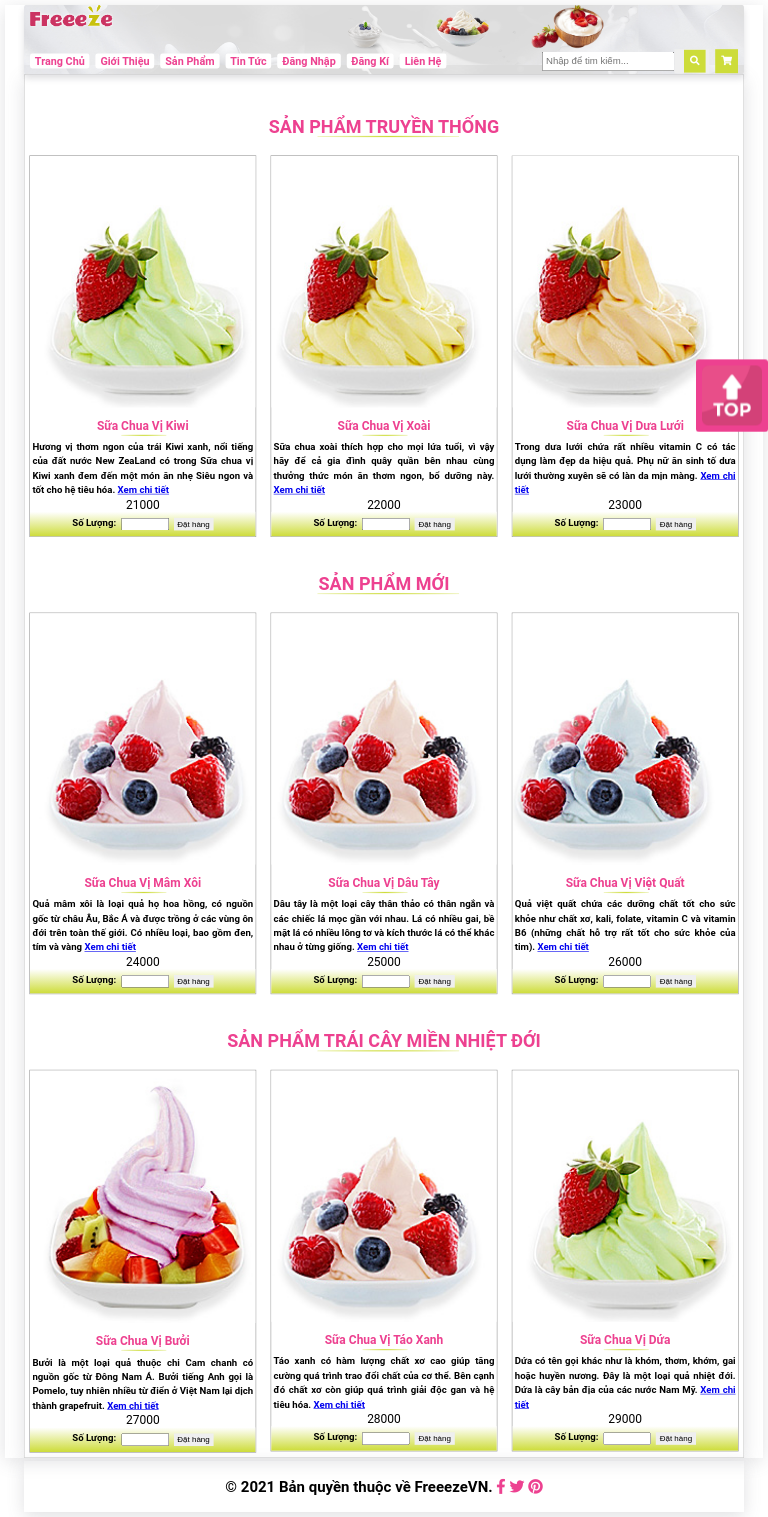
Repository: minh352623/lab1
Page: sanpham.html
These files come from the project's save history. The page is drawn as it stood at one moment and after a run of saves; the edit follows.
The browser window is 1280 px wide. The pictures show the whole page, at 60% of full size.

Above is the page before, as saved 2022-03-12 23:44:07.

### sanpham.html
<!DOCTYPE html>
<html lang="en">

<head>
    <meta charset="UTF-8">
    <meta http-equiv="X-UA-Compatible" content="IE=edge">
    <meta name="viewport" content="width=device-width, initial-scale=1.0">
    <link rel="shortcut icon" href="./images/favicon.ico" type="image/x-icon">
    <link rel="stylesheet" href="https://cdnjs.cloudflare.com/ajax/libs/font-awesome/5.15.4/css/all.min.css" integrity="sha512-1ycn6IcaQQ40/MKBW2W4Rhis/DbILU74C1vSrLJxCq57o941Ym01SwNsOMqvEBFlcgUa6xLiPY/NS5R+E6ztJQ==" crossorigin="anonymous" referrerpolicy="no-referrer" />


    <link rel="stylesheet" href="./assets/base.css">
    <link rel="stylesheet" href="./assets/grid.css">
    <link rel="stylesheet" href="./assets/main.css">
    <link rel="stylesheet" href="./assets/sanpham.css">
    <link rel="stylesheet" href="./assets/responsive.css">
    <link rel="shortcut icon" href="./assets/images/favicon.ico">
    <title>Sản Phẩm</title>
</head>

<body>
    <div class="app">
        <!-- header -->
        <div class="header">
            <div class="grid wide">
                <div class="header__backrgoud">

                    <a href="index.html" class="header__logo">
                        <img src="./assets/images/logo.png" alt="">
                    </a>
                    <div class="header__three-img">

                        <a href="#" class="header__img img1">
                            <img src="./assets/images/header-img1.png" alt="hinh1">
                        </a>
                        <a href="#" class="header__img img2">
                            <img src="./assets/images/header-img2.png" alt="hinh2">
                        </a>
                        <a href="#" class="header__img img3">
                            <img src="./assets/images/header-img3.png" alt="hinh3">
                        </a>
                    </div>

                    <div class="header-navbar">
                        <div class="header-navbar__left">
                            <ul  class="header__list">
                                <li class="header__item">
                                    <a href="./index.html" class="header__item-link">Trang Chủ</a>

                                </li>
                                <li class="header__item">
                                    <a href="./gioithieu.html" class="header__item-link">Giới Thiệu </a>

                                </li>
                                <li class="header__item">
                                    <a href="./sanpham.html" class="header__item-link">Sản Phẩm</a>

                                </li>
                                <li class="header__item">
                                    <a href="./tintuc.html" class="header__item-link">Tin Tức</a>

                                </li>
                                <li class="header__item">
                                    <a href="./dangnhap.html" class="header__item-link">Đăng Nhập</a>

                                </li>
                                <li class="header__item">
                                    <a href="./dangky.html" class="header__item-link">Đăng Kí</a>

                                </li>
                                <li class="header__item">
                                    <a href="./lienhe.html" class="header__item-link">Liên Hệ</a>

                                </li>


                            </ul>
                        </div>

                        <form action="timkiem.html" class="header-navbar__right form-search" >
                            <div class="header-input">
                                <input type="text" class="input-search" submit placeholder="Nhập để tim kiếm...">
                            </div>
                            <div class="header-icon">
                                <button type="submit">

                                    <a href="#" class="header-icon__search">
                                        <i class="fas fa-search"></i>

                                    </a>
                                </button>
                                <a class="header-icon__cart">
                                    <i class="fas fa-shopping-cart"></i>
                                </a>
                            </div>
                        </form>
                    </div>
                </div>
            </div>

        </div>


        <!-- main -->
        <div class="main">
            <div class="grid wide">
                <div class="container">


                    <div class="product">
                        <h1 class="product__title product__header-center">Sản Phẩm Truyền Thống</h1>
                        <div class="row">

                            <div class="col l-4">

                            </div>
                            <div class="col l-4">

                            </div>
                            <div class="col l-4 overflow">

                            </div>
                        </div>

                    </div>
                    <div class="product">
                        <h1 class="product__title product__header-center">SẢN PHẨM MỚI
                        </h1>
                        <div class="row">

                            <div class="col l-4">

                            </div>
                            <div class="col l-4">

                            </div>
                            <div class="col l-4">

                            </div>
                        </div>

                    </div>
                    <div class="product">
                        <h1 class="product__title product__header-center">SẢN PHẨM TRÁI CÂY MIỀN NHIỆT ĐỚI
                        </h1>
                        <div class="row">

                            <div class="col l-4">

                            </div>
                            <div class="col l-4">



                            </div>

                            <div class="col l-4">

                            </div>
                        </div>

                    </div>
                </div>


            </div>


        </div>

    </div>


    <!-- footer -->
    <div class="footer">
        <div class="grid wide">
            <div class="license">
                <span>© 2021 Bản quyền thuộc về FreeezeVN.</span>
                <a href="">

                    <i class="fab fa-facebook-f"></i>
                </a>
                <a href="">

                    <i class="fab fa-twitter"></i>
                </a>
                <a href="">

                    <i class="fab fa-pinterest"></i>
                </a>
            </div>
            <a href="#" class="scoll">

                <img src="./assets/images/top.png" alt="">
            </a>
        </div>

    </div>

    </div>
    <script src="./js/sanpham.js"></script>
    <script src="./js/app.js"></script>

</body>

</html>

### assets/base.css
:root {
    --white-color:#fff;
    --black-color:#000;
    --text-color:#333;
    --text-color-header:#ed4190;
    --header-height:40px;
    --header-height-main:50px;
}

*{
    box-sizing: inherit;
}
.app {
    overflow: hidden;
}
html {
    font-size: 62.5%;
    line-height: 1.6rem;
    font-family: 'Roboto', sans-serif;
    box-sizing: border-box;


}

.btn {
    min-width: 124px;
    height: 34px;
    text-decoration: none;
    border: none;
    font-size: 1.5rem;
    cursor: pointer;
    color: var(--text-color);

    display: flex;
    justify-content: center;
    align-items: center;
    padding: 0 12px;
    background-color: var(--white-color);
    line-height: 1.6rem;
    outline: none;
}
.btn--size-s {
    height: 32px;
    font-size: 1.2rem;
}
.btn.btn--nomal-hover:hover {
    background-color: rgba(0, 0, 0,0.2);
}

.btn.btn--primary {
    background-color: var(--primary-color);
    color: var(--white-color);
}

.btn.btn--disabled {
    cursor: default;
    background-color: #c3c3c3;
    color: #949494;
}

### assets/main.css

html{
    scroll-behavior: smooth;
}
.app{
    position: relative;
    box-shadow: rgba(100, 100, 111, 0.2) 0px 7px 29px 0px;
}
button{
    border: none;
}
.header.is-fixed {
    position: fixed;
    top: 0;
    left: 0;
    width: 100%;
    z-index: 100;
    animation: fade 0.25s forwards 1;
  }
.header__backrgoud {
    background-image: url('./images/header.png');
    border-radius: 5px;
    padding: 0 10px;
    /* height:10rem; */
    overflow: hidden;
    display: block;
    position: relative;
    box-shadow: rgba(100, 100, 111, 0.2) 0px 7px 10px 0px;
}

.header__logo {
    display: inline-block;
}

.header__three-img {
    position: absolute;
    top: 0;
    left: 20%;
    width: 80%;



}

.header__img {
    display: inline-block;



}

.img1 {
    position: absolute;
    animation: img1 ease 1s;
    left: 30%;
    top: 2%;

}

.img2 {
    position: absolute;
    animation: img2 ease 1s;
    left: 45%;
    top: 2%;

}

.img3 {
    position: absolute;
    animation: img3 ease 1s;
    left: 63%;
    top: 2%;

}

@keyframes img1 {
    0% {
        left: 100%;
    }

    100% {
        left: 20%
    }
}

@keyframes img2 {
    0% {
        left: 100%;
    }

    100% {
        left: 40%
    }
}

@keyframes img3 {
    0% {
        left: 100%;
    }

    100% {
        left: 60%
    }
}

.header__img img {
    height: 80px;
}


.header-navbar {

    display: flex;
    justify-content: space-between;
    margin-top: 30px;
}

.header-navbar__left {
    display: flex;
    align-items: center;

}

.header__list {
    padding: 0;
    list-style: none;
    display: flex;

}

.header__item+.header__item {
    margin-left: 10px;
}

.header__item {

    background-color: var(--white-color);
    border-radius: 4px;
}
.header__item:hover a{
    color: var(--white-color);
    background-color: var(--text-color-header);
    border-radius: 4px;

}

.header__item-link {
    width: 100%;
    padding: 0 8px;
    line-height: 1.4;
    font-size: 1.8rem;
    font-weight: 600;
    display: block;
    text-decoration: none;
    color: var(--text-color-header)
}

.header-navbar__right {
    display: flex;


    align-items: center;

}

.header-input input {
    font-size: 1.6rem;
    padding: 5px 5px;

}

.header-icon {
    display: flex;
}

.header-icon__cart,
.header-icon__search {
    display: block;
    font-size: 1.6rem;
    margin-left: 10px;
    padding: 10px;
    background-color: #cddc39;
    text-decoration: none;

}

.header-icon__cart i,
.header-icon__search i {
    align-items: center;
    text-align: center;
    color: var(--white-color)
}

/* main */
.container {
    box-shadow: rgba(100, 100, 111, 0.2) 0px 7px 29px 0px;
    border:1px solid #ccc;
    padding:8px;
}

.bg-home {
    /* width:100%; */
}

.bg-home img {
    width: 100%;
    object-fit: contain;
}

.product {
    padding-top:50px
}

.product__header-center {

    color: var(--text-color-header);
    font-size: 3rem;
    position: relative;

    text-align: center;
    display: flex;
    justify-content: center;

}

.product__header-center::after {
    content: '';
    position: absolute;
    background: radial-gradient(#cddc39, #fff);
    box-sizing: border-box;
    transform: skew(-12deg) translate(3%);
    height: 3px;
    width: 20%;
    bottom: -10px;
}

.product__title {
    font-size: 2rem;
    color: var(--text-color-header)
}

.product__img {

}
.product__img img{
    width: 100%;
    object-fit: contain;
}
.product__info p{
    line-height:1.5;
    width: 100%;
    margin-top: 0;
    font-size:1.8rem;
    color: var(--black-color);
    font-weight: 600;
}
.flex{
    display: flex;
    flex-direction: row-reverse
}
.product__header-center3{
    color: var(--text-color-header);
    font-size: 3rem;




}
.tutorial h2{
    color: var(--text-color-header);
    font-size:1.8rem;
}

.tutorial{
    font-size:1.6rem;
    line-height: 1.4;
    font-weight: 600;
}

.contact{
    border:1px solid var(--text-color-header);
    padding:10px 0;
    text-align:center;
}
.contact__img{
    object-fit: contain;
    width: 40%;
}
.contact span {
    display: block;
    font-size:1.8rem;
    font-weight: 600;
    padding-top: 10px;
}

/* footer */

.license{
    font-size:2.5rem;
    font-weight: 600;
    display: block;
    padding: 30px 50px;
    margin-top: 5px;
    text-align:center;
    box-shadow: rgba(100, 100, 111, 0.2) 0px 7px 29px 0px;
}
.license a{
    text-decoration:none;
    color: var(--text-color-header)
}

.scoll{
    font-size:2rem;
    position:fixed;
    background:var(--text-color-header);
    display:block;
    text-decoration: none;
    padding:10px;
    bottom:0;
    right: 0;
    border-radius:5px;
}
.scoll img{
    width: 100%;
    object-fit: contain;
    width:100px;
    height: 100px;
}
.price{
    font-size:2rem;
    margin:16px 0;

}

### assets/sanpham.css
.product{
    /* border: 1px solid #333; */
}
.overflow{
    overflow: hidden;
}

.product__title{
    text-transform:uppercase;
    font-size: 3rem !important;
    text-align: center;
    margin-bottom: 40px;
}
.product-child{
    border: 1px solid #999;

    overflow: hidden;

}
.product__header-center{
    text-align: center;
    font-size:2rem;
    height:10%;
}
.product__header{

    height:60%;
}
.product__img{
    height:40%;
    position: relative;
}
.product__img img{
    max-height:100%;
    object-fit: cover;
}
.product__info {
    height:90%;
    text-align: center;
}
.product__info p {
    height:60%;
    font-size:1.6rem;
    height:30%;
    text-align: justify;
    padding:0 4px;
    margin-bottom: 4px;
}

.product__info-oder {
    height:40%;
    display:flex;
    font-size:1.6rem;
    padding:10px 0;
    background-image:linear-gradient(  #fff,#cddc39);
    /* background-color:red; */
    justify-content:center;
}
.product__info-oder span{
    font-weight: 600;
}
.product__info-oder input{
    margin: 0 8px;
    width:80px
}
.product__img::after,
.product__img::before{
    content: "";
    position: absolute;
    display: block;
    top: 0;
    width: 0;
    bottom: 0;
    background-color: #333;
    opacity: 0.2;
    z-index: 1;
    transition: all ease 0.8s;
    -webkit-transition: all 0.4s ease;
}
.product__img:hover::after,
.product__img:hover::before{
    width:50%;
}
.product__img::after{
    right:0;
}
.product__img::before{
    left:0;
}

### assets/responsive.css
/* mobile and table  */

@media (max-width:1023px){




}


/* table  */

@media (min-width:740px) and (max-width:1023px ){







}


/* mobile */
@media (max-width:739px){




}

### js/sanpham.js
window.addEventListener("load",function(){

    const col = document.querySelectorAll(".col.l-4");



    const items =
    [

        {
            id:1,
            name:"Sữa Chua Vị Kiwi",
            title:"Hương vị thơm ngon của trái Kiwi xanh, nổi tiếng của đất nước New ZeaLand có trong Sữa chua vị Kiwi xanh đem đến một món ăn nhẹ Siêu ngon và tốt cho hệ tiêu hóa.",
            price:21000,
            photo:"./assets/images/sanpham/kiwi.jpg",
        },
        {

            id:2,

            name:"Sữa Chua Vị Xoài",
            title:"Sữa chua xoài thích hợp cho mọi lứa tuổi, vì vậy hãy để cả gia đình quây quần bên nhau cùng thưởng thức món ăn thơm ngon, bổ dưỡng này.",
            price:22000,
            photo:"./assets/images/sanpham/mango.jpg",
        },
        {
            id:3,

            name:"Sữa Chua Vị Dưa Lưới",
            title:"Trong dưa lưới chứa rất nhiều vitamin C có tác dụng làm đẹp da hiệu quả. Phụ nữ ăn sinh tố dưa lưới thường xuyên sẽ có làn da mịn màng.",
            price:23000,
            photo:"./assets/images/sanpham/cantaloupe.jpg",
        },
        {
            id:4,

            name:"Sữa Chua Vị Mâm Xôi",
            title:"Quả mâm xôi là loại quả họ hoa hồng, có nguồn gốc từ châu Âu, Bắc Á và được trồng ở các vùng ôn đới trên toàn thế giới. Có nhiều loại, bao gồm đen, tím và vàng",
            price:24000,
            photo:"./assets/images/sanpham/blackberry.jpg",
        },
        {
            id:5,

            name:"Sữa Chua Vị Dâu Tây",
            title:"Dâu tây là một loại cây thân thảo có thân ngắn và các chiếc lá mọc gần với nhau. Lá có nhiều gai, bề mặt lá có nhiều lông tơ và kích thước lá có thể khác nhau ở từng giống.",
            price:25000,
            photo:"./assets/images/sanpham/strawberry.jpg",
        },
        {
            id:6,

            name:"Sữa Chua Vị Việt Quất",
            title:"Quả việt quất chứa các dưỡng chất tốt cho sức khỏe như chất xơ, kali, folate, vitamin C và vitamin B6 (những chất hỗ trợ rất tốt cho sức khỏe của tim).",
            price:26000,
            photo:"./assets/images/sanpham/blueberry.jpg",
        },
        {
            id:7,

            name:"Sữa Chua Vị Bưởi",
            title:"Bưởi là một loại quả thuộc chi Cam chanh có nguồn gốc từ Đông Nam Á. Bưởi tiếng Anh gọi là Pomelo, tuy nhiên nhiều từ điển ở Việt Nam lại dịch thành grapefruit.",
            price:27000,
            photo:"./assets/images/sanpham/grapes.jpg",
        },
        {
            id:8,

            name:"Sữa Chua Vị Táo Xanh",
            title:"Táo xanh có hàm lượng chất xơ cao giúp tăng cường quá trình trao đổi chất của cơ thể. Bên cạnh đó chất xơ còn giúp quá trình giải độc gan và hệ tiêu hóa.",
            price:28000,
            photo:"./assets/images/sanpham/strawberry.jpg",
        },
        {
            id:9,

            name:"Sữa Chua Vị Dứa",
            title:"Dứa có tên gọi khác như là khóm, thơm, khớm, gai hoặc huyền nương. Đây là một loại quả nhiệt đới. Dứa là cây bản địa của các nước Nam Mỹ.",
            price:29000,
            photo:"./assets/images/sanpham/kiwi.jpg",
        },
    ]
    function renderItem(item){
        const template = `
        <form class="product-child" data-id="${item.id}">

            <div class="product__img">
                <img src="${item.photo}" name="img"></img>
            </div>

            <div class="product__header">
                <h2 class="product__header-center" name="nameSp">
                    ${item.name}
                </h2>
            </div>


            <div class="product__info">
                <p>
                    <span name="title">${item.title}</span>
                    <a href="#">Xem chi tiết</a>
                </p>
                <span class="price" name="price">${item.price}</span>
                <div class="product__info-oder">
                    <span>Số Lượng:</span>
                    <input type="text" name="soluong" class="number">
                    <button type="submit" class="submit">Đặt hàng</button>

                </div>

            </div>


        </form>

        `;
        return template;

    }
    // console.log(items[0]);
    for(let i = 0; i<col.length;i++){
        const item = items[i];
        col[i].insertAdjacentHTML("beforeend",renderItem(item))
    }


    //đăt Hàng
    for(let i = 0; i<col.length;i++){
        col[i].addEventListener("click",function(e){
            if(e.target.matches(".product-child")){
                e.preventDefault();
            }
            if(e.target.matches(".submit")){
                // console.log(e.target);
                e.preventDefault();
                const form = this.querySelector(".product-child");
                console.log(form);
                const img = form.querySelector(".product__img img").src;
                const name = form.querySelector(".product__header-center").textContent;
                const number = +form.querySelector(".number").value;
                const price = form.querySelector(".price").textContent;

                console.log(img,name,number,price);

            }
        })
    }



});

Loaded but not shown: js/app.js (47 lines, source omitted); assets/grid.css (644 lines, source omitted)

After the next 2 saves:
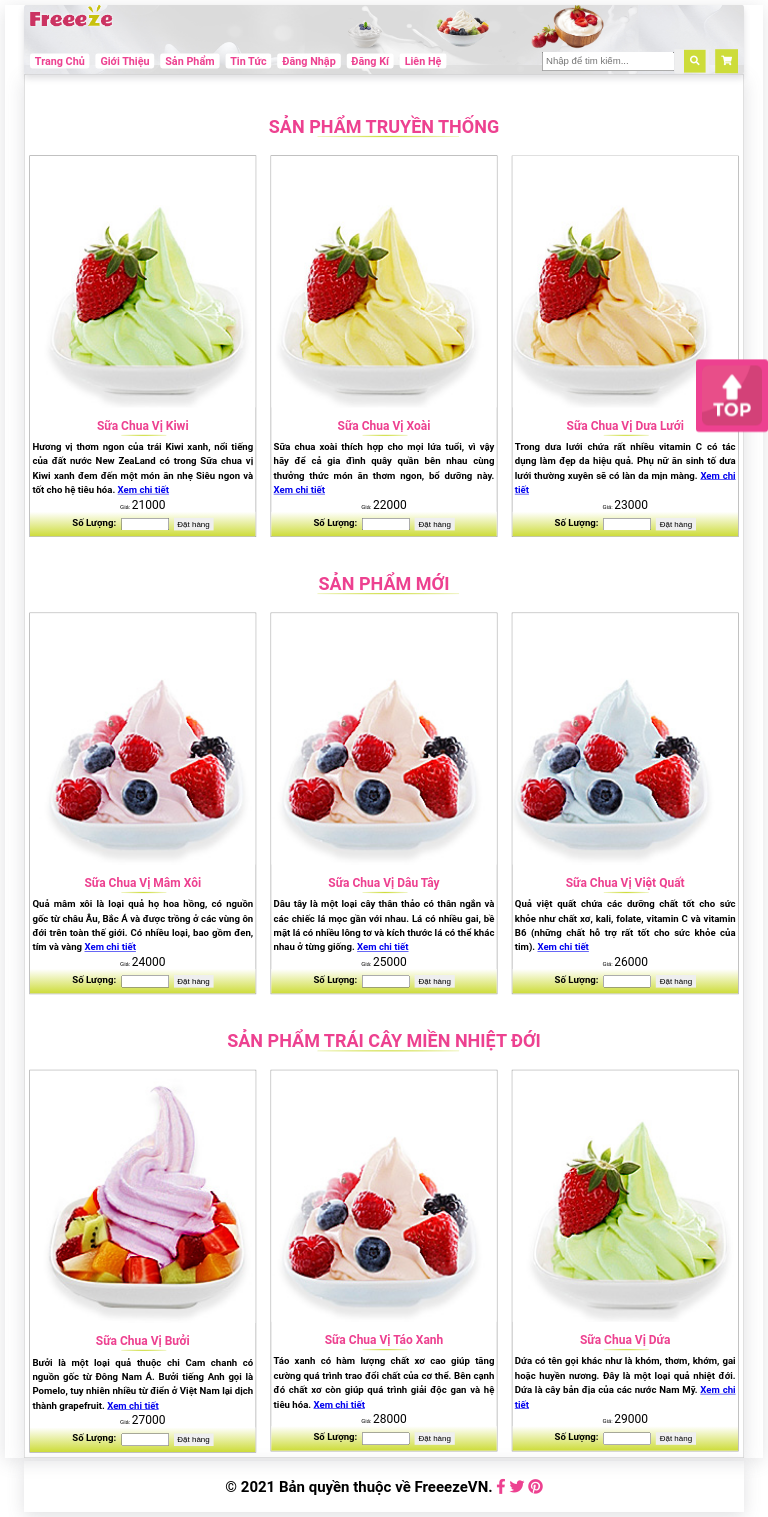
The 2 saves are shown as one change because they came seconds apart.
The last was saved 8 s later.
--- a/js/sanpham.js
+++ b/js/sanpham.js
@@ -100,6 +100,7 @@ window.addEventListener("load",function(){
                     <span name="title">${item.title}</span>
                     <a href="#">Xem chi tiết</a>
                 </p>
+                <span>Giá:</span>
                 <span class="price" name="price">${item.price}</span>
                 <div class="product__info-oder">
                     <span>Số Lượng:</span>
